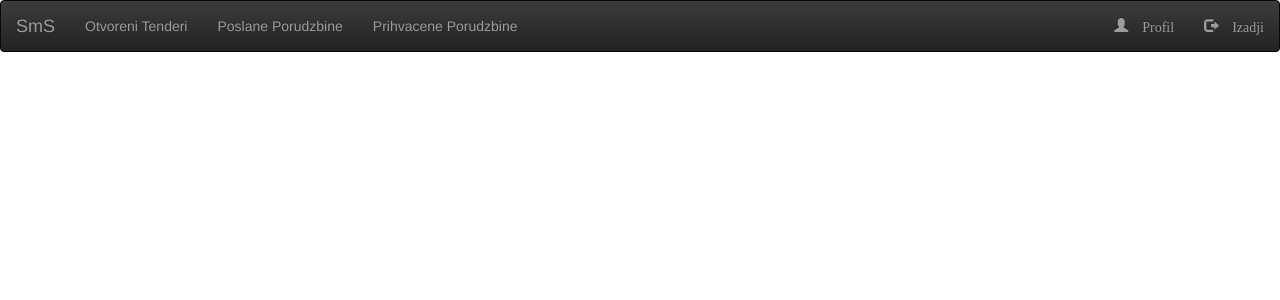
Repository: milanadam94/ISA-2016
Page: jpa-example/src/main/webapp/Offerer/Offerer.html
These files come from the project's save history. The page is drawn as it stood at one moment and after the next save; the edit follows.
The browser window is 1280 px wide. The pictures show the whole page.
Some web libraries are served in a nearby version.

Above is the page before, as saved 2017-03-01 10:02:34.

### jpa-example/src/main/webapp/Offerer/Offerer.html
<!DOCTYPE html>
<html>
<head>
<meta charset="ISO-8859-1">
<title>Ponudjac</title>

<!-- JQUERY -->
<script src="https://code.jquery.com/jquery-3.1.1.js" integrity="sha256-16cdPddA6VdVInumRGo6IbivbERE8p7CQR3HzTBuELA=" crossorigin="anonymous"></script>

<!-- BOOTSTRAP CSS -->
<link rel="stylesheet" href="https://maxcdn.bootstrapcdn.com/bootstrap/3.3.7/css/bootstrap.min.css" integrity="sha384-BVYiiSIFeK1dGmJRAkycuHAHRg32OmUcww7on3RYdg4Va+PmSTsz/K68vbdEjh4u" crossorigin="anonymous">

<!-- BOOTSTRAP THEME -->
<link rel="stylesheet" href="https://maxcdn.bootstrapcdn.com/bootstrap/3.3.7/css/bootstrap-theme.min.css" integrity="sha384-rHyoN1iRsVXV4nD0JutlnGaslCJuC7uwjduW9SVrLvRYooPp2bWYgmgJQIXwl/Sp" crossorigin="anonymous">

<!-- BOOTSTRAP JS -->
<script src="https://maxcdn.bootstrapcdn.com/bootstrap/3.3.7/js/bootstrap.min.js" integrity="sha384-Tc5IQib027qvyjSMfHjOMaLkfuWVxZxUPnCJA7l2mCWNIpG9mGCD8wGNIcPD7Txa" crossorigin="anonymous"></script>

<!-- ANGULAR JS -->
<script src="https://ajax.googleapis.com/ajax/libs/angularjs/1.6.1/angular.js"></script>

<script src="/JQuery-cookie-plugin/jquery.cookie.js"></script>

<!-- TOASTR -->
<!-- <script src="https://cdnjs.cloudflare.com/ajax/libs/toastr.js/latest/css/toastr.css"></script> -->

</head>
<body ng-app="offererApp" ng-controller="offererControler">

	<nav id="myNavbar" class="navbar navbar-inverse">
		<div class="container-fluid">
			<div class="navbar-header">
				<a href="Offerer.html" class="navbar-brand">SmS</a>
			</div>
		<ul class="nav navbar-nav">
			<li class="{{tenderActive}}"><a ng-click="tender()" >Otvoreni Tenderi</a></li>
			<li class="{{poslaneActive}}"><a ng-click="sended()" >Poslane Porudzbine</a></li>
			<li class="{{prihvaceneActive}}"><a ng-click="accepted()" >Prihvacene Porudzbine</a></li>
		</ul>
		<ul class="nav navbar-nav navbar-right">
			<li><a href="#" ng-click="account()"><span class="glyphicon glyphicon-user"> Profil</span> </a>
			<li><a href="#" ><span class="glyphicon glyphicon-log-out"> Izadji </span> </a>
		</ul>

		</div>
	</nav>


	<div>
		<!--  TENDERS  -->
		<!--  ====================================================== -->
		<div ng-show="tendersShow">

		<label class="control-label col-sm-5" for="description">Kreirajte Vasu Ponudu:</label> <br/><br/><br/>

		<form class="form-horizontal">

				<div class="form-group">
				<label class="control-label col-sm-2" >Cena:</label> <div class="col-sm-5"><input min=0 type="number" class="form-control" ng-model="newOfferings.price"></div>
				</div> <br/>

				<div class="form-group">
				<label class="control-label col-sm-2" >Dostavljen do: </label><div class="col-sm-5"><input type="date" class="form-control" ng-model="newOfferings.deliveryDate" ></div>
				</div> <br/>

				<div class="form-group">
				<div class="col-sm-10"><textarea class="form-control" rows="5"  ng-model="newOfferings.description" class="form-control" placeholder="Unesite opis..."></textarea></div>
				</div>

				<br/><br/><br/>

		</form>

			<div ng-repeat="i in activeTenders | orderBy:'restaurant.name'">
				<h3 class="text-left" >{{i.restaurant.name}} ({{i.startDate | date: 'yyyy/MM/dd'}} - {{i.endDate | date: 'yyyy/MM/dd'}}) </h3><br/>
				<h3 class="text-left">Opis: {{i.description}} </h3>
				<br/><br/>
				<button type="submit" class="btn btn-success" ng-click="createNewOfferings( i.id )" >Posalji</button>
				<br/><br/><br/><br/>

			</div>

		</div>


  		<!--  POSLATE PORuDZBINE  -->
  		<div ng-show="sendedShow">

			<form class="form-horizontal">
			<div ng-repeat="i in myAllOfferings | orderBy:'tender.restourant.name'">
				<div ng-if="i.tender.expired != 1 && i.tender.endDate > today">


				<div class="form-group">
				<h4 class="text-center">{{i.tender.restaurant.name}} ({{i.tender.startDate | date: 'yyyy/MM/dd'}} - {{i.tender.endDate | date: 'yyyy/MM/dd'}}) </h4><br/>
				</div>

				<div class="form-group">
				<h4 class="text-center">Opis: {{i.tender.description}} </h4><br/><br/>
				</div>

				<div class="form-group">
				<label class="control-label col-sm-4">Cena: </label><div class="col-sm-4"><input min=0 class="form-control" type="number" ng-model="i.price" value="{{i.price}}"></input> </div><br/>
			    </div>

			    <div class="form-group">
				<label class="control-label col-sm-4">Dostavljeno do:</label> <div class="col-sm-4"><input class="form-control" type="date" value="{{i.deliveryDate | date: 'yyyy-MM-dd'}}" ng-model="i.deliveryDate" ></input></div><br/>
				 </div>

			 	<div class="form-group">
				<label class="control-label col-sm-4">Opis: </label><div class="col-sm-4"><textarea class="form-control" rows="7" cols="100"  ng-model="i.description" placeholder="{{i.description}}"></textarea></div>
				</div>
				<br/>


				<div class="form-group">
				<div class="col-sm-offset-5 col-sm-10">
							<button type="submit" class="btn btn-warning" ng-click="changeOfferings( i.id )"  >Promeni</button>
							<button type="submit" class="btn btn-danger" ng-click="deleteOfferings( i.id )">Izbrisi</button>
				</div>

				</div>



			 	</div>




				<div ng-if="i.tender.expired == 1 || i.tender.endDate < today">

				<div class="form-group">
				<p class="text-center"><strong>{{i.tender.restaurant.name}} </strong> ({{i.tender.startDate | date: 'yyyy/MM/dd'}} - {{i.tender.endDate | date: 'yyyy/MM/dd'}})<br/>
				 <strong>Opis: </strong> {{i.tender.description}} </p><br/>
				</div>

				<div class="form-group">
				<p class="text-center"> <strong>Cena: </strong>{{i.price}} <br/>
					<strong>Dostavljeno do:</strong> {{i.deliveryDate | date: 'yyyy-MM-dd'}} <br/>
					<strong> Opis: </strong> {{i.description}}</p>
				</div>

				<div class="form-group" ng-if="i.isAccepted">
				<p class="text-center"><strong> Status: </strong><font color="green">PRIHVACEN </font></p>
				</div>

				<div class="form-group" ng-if="!i.isAccepted">
				<p class="text-center"><strong> Status: </strong><font color="red">ODBIJEN </font></p>
				</div>

				</div>

			<br/><br/><br/><br/>

		</div>
		</form>
		</div>



		<!--  PRIHVACENE PORUDZBINE -->
		<!--  ================================ -->
		<div ng-show="acceptedShow">


		</div>



		<!--  PO SMENAMA -->
		<!--  ================================ -->
		<div  ng-show="accountShow">

		</div>


	</div>

</body>


<!-- ANGULAR SCRIPT -->
<script src="Offerer.js"></script>
</html>

### jpa-example/src/main/webapp/Offerer/Offerer.js
angular.element(document).ready(function () {
    console.log('page loading completed');
});
var offererApp = angular.module('offererApp', []).config(['$qProvider', '$httpProvider', function ($qProvider, $httpProvider)  {
    $qProvider.errorOnUnhandledRejections(false);

}]).run(['$rootScope', '$http', '$window', function ($rootScope, $http, $window) {

	//namestiti dole u funckcijama gde treba user.email kada se ovo namesti!
	if (typeof $.cookie('user') !== 'undefined') {
		$scope.user = JSON.parse($.cookie('user'));

		if(user.userType == "GUEST") {
			$window.location.href = "/GuestPage/GuestPage.html";
		}
		// DALJE
	}

}]);


offererApp.controller('offererControler', [ '$scope', 'tenderService', 'acceptedService', 'accountService', function($scope, tenderService, acceptedService, accountService){

	$scope.today = new Date();

	setShows = function(tendersShow, acceptedShow, accountShow, sendedShow){
		$scope.tendersShow = tendersShow;
		$scope.acceptedShow = acceptedShow;
		$scope.accountShow = accountShow;
		$scope.sendedShow = sendedShow;

		if(tendersShow){
			$scope.tenderActive = "active";
		}else{
			$scope.tenderActive = "";
		}

		if(sendedShow){
			$scope.poslaneActive = "active";
		}else{
			$scope.poslaneActive = "";
		}

		if(acceptedShow){
			$scope.prihvaceneActive = "active";
		}else{
			$scope.prihvaceneActive = "";
		}

	}
	setShows(false,false,false,false);

	// TENDER METODE

	$scope.newOfferings={
			description : "",
			price : 0,
			deliveryDate: ""
	}


	$scope.tender = function(){
		setShows(true,false,false,false);

		tenderService.getActiveTenders().then(
				function(response){
					$scope.activeTenders = response.data;
				}
		);

	}

	$scope.createNewOfferings = function(tenderID){
		if($scope.newOfferings.price < 0 || $scope.newOfferings.deliveryDate == "" || $scope.newOfferings.deliveryDate < new Date()){
			alert("Cena ne sme biti manja od nule i morate predefinisati datum dostavljanja u buducnosti")
			return;
		}

		tenderService.createNewOfferings($scope.newOfferings, tenderID);

	}

	//SENDED
	$scope.sended = function(){
		setShows(false,false,false,true);

		tenderService.getMyAllOfferings().then(
				function(response){
					$scope.myAllOfferings = response.data;

					angular.forEach($scope.myAllOfferings, function(value,key){
						value.deliveryDate = new Date(value.deliveryDate);
					});

				}
		);

	}


	$scope.deleteOfferings = function (offeringID){
		tenderService.deleteOfferings(offeringID);
		location.reload();
	}

	$scope.changeOfferings = function (offeringID){


		angular.forEach($scope.myAllOfferings, function(values, key){

			if(values.id == offeringID){

				if(values.price < 0 || values.deliveryDate == "" || values.deliveryDate < new Date()){
					alert("Cena ne sme biti manja od nule i morate predefinisati datum dostavljanja u buducnosti")
					return;
				}

				tenderService.changeOfferings(values).then(
						function(response){
							alert(response.data);
							location.reload();

						}
					);

			}

		});




	}


	// ACCEPTED METODE
	$scope.accepted = function(){
		setShows(false,true,false,false);
	}


	// ACCOUNT METODE
	$scope.account = function(){
		setShows(false,false,true,false);
	}




}]);



offererApp.service('tenderService',['$window', '$http', function($window, $http){

	this.getActiveTenders = function(){
		return $http({
			  method: 'GET',
		      url : "../offerer/getActiveTenders"
		});
	}

	this.getMyAllOfferings = function(){
		return $http({
			method: 'GET',
			url: "../offerer/getMyAllOfferings/2" //=============================================== nemstiti korisnikov email
		});
	}

	this.createNewOfferings = function(newOfferings, tenderID){
		$http({
			  method: 'POST',
			  data: newOfferings,
		      url : "../offerer/createNewOfferings/" + tenderID + "/2" // ============================= ubaciti korisnikov email
		}).then(function success(response) {
				alert(response.data);
				location.reload();
		  }, function error(response) {
			  	alert("Error!");
		  }
		);
	}


	this.deleteOfferings = function(offeringID){

		$http({
			  method: 'DELETE',
		      url : "../offerer/deleteOfferings/" + offeringID
		});
	}

	this.changeOfferings = function(offering){
		return $http({
			  method: 'PUT',
			  data: offering,
		      url : "../offerer/changeOfferings"
		});

	}

}]);

offererApp.service('acceptedService',['$window', '$http', function($window, $http){



}]);


offererApp.service('accountService',['$window', '$http', function($window, $http){



}]);

Loaded but not shown: jpa-example/src/main/webapp/JQuery-cookie-plugin/jquery.cookie.js (library)

After the next save:
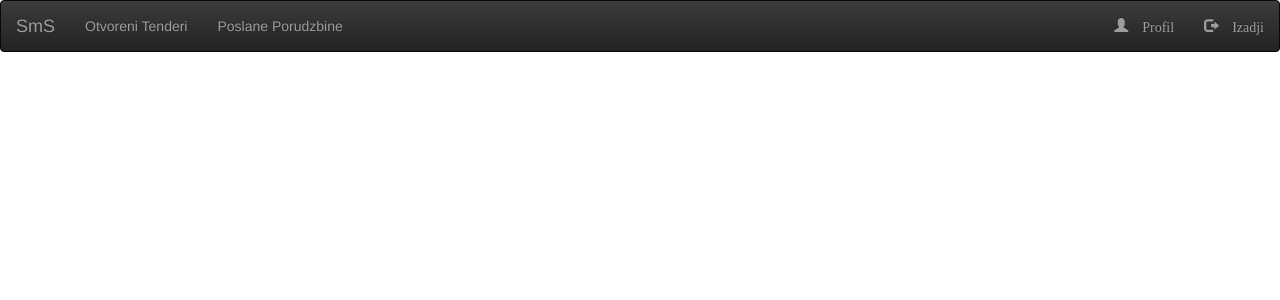
Saved 85 s later.
--- a/jpa-example/src/main/webapp/Offerer/Offerer.html
+++ b/jpa-example/src/main/webapp/Offerer/Offerer.html
@@ -35,7 +35,6 @@
 		<ul class="nav navbar-nav">
 			<li class="{{tenderActive}}"><a ng-click="tender()" >Otvoreni Tenderi</a></li>
 			<li class="{{poslaneActive}}"><a ng-click="sended()" >Poslane Porudzbine</a></li>
-			<li class="{{prihvaceneActive}}"><a ng-click="accepted()" >Prihvacene Porudzbine</a></li>
 		</ul>
 		<ul class="nav navbar-nav navbar-right">
 			<li><a href="#" ng-click="account()"><span class="glyphicon glyphicon-user"> Profil</span> </a>
